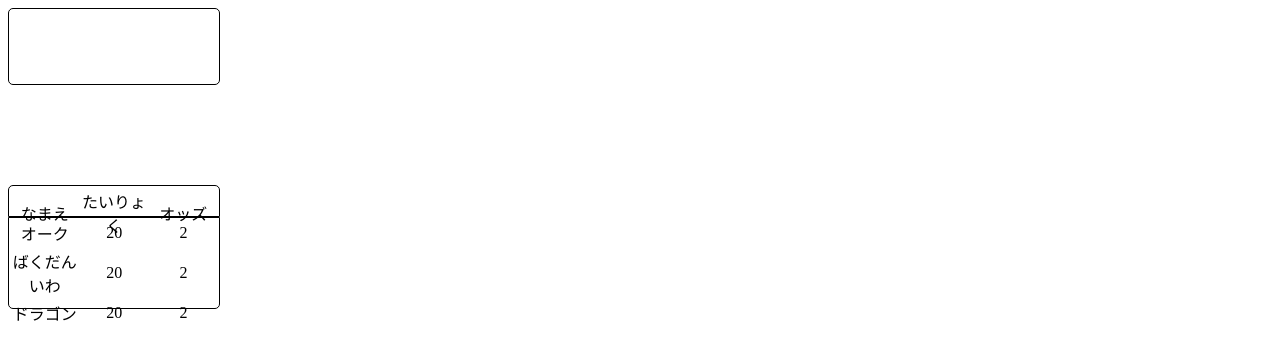
Repository: kousuke-2047/test
Page: http://localhost/Oldmove/SelectmonsterAction.action
An editor plug-in stored every save of this project. The page is shown before and after the next save, followed by the edit.
The browser window is 1280 px wide. The pictures show the whole page.
The page is served by Tomcat 9. Other server files are loaded and not shown. The database holds what the project's SQL file puts in it.

Above is the page before, as saved 2018-06-22 08:19:09.

### Oldmove/WebContent/selectmonster.jsp
<%@ page language="java" contentType="text/html; charset=UTF-8"
    pageEncoding="UTF-8"%>
<%@ taglib prefix="s" uri="/struts-tags"%>
<!DOCTYPE html>
<html>
<head>
<meta http-equiv="Content-Type" content="text/html; charset=UTF-8">
<link rel="stylesheet" href="./css/selectstyle.css">
<script src="https://ajax.googleapis.com/ajax/libs/jquery/3.3.1/jquery.min.js"></script>

<title>選択画面</title>
</head>
<body>

	<script type="text/javascript" src="./js/script.js">
	</script>

	<div class="datebox"></div>

	<div class="enemybox"></div>

	<div class="messagebox"></div>

	<div class="texttopbox">

	<table>
		<tr>
			<td>なまえ</td>
			<td>たいりょく</td>
			<td>オッズ</td>
		</tr>
	</table>

	</div>
	<div class="textbottombox">

	<table>
		<s:iterator value="selectmonsterList">
			<tr>
				<td><s:property value="name"/></td>
				<td><s:property value="hp"/></td>
				<td><s:property value="odds"/></td>
			</tr>
		</s:iterator>
	</table>

	</div>


</body>
</html>

### Oldmove/src/com/oldmove/dao/SelectmonsterDAO.java
package com.oldmove.dao;

import java.sql.Connection;
import java.sql.PreparedStatement;
import java.sql.ResultSet;
import java.sql.SQLException;
import java.util.ArrayList;

import com.oldmove.dto.SelectmonsterDTO;
import com.oldmove.util.DBConnector;

public class SelectmonsterDAO {

	private DBConnector dbc = new DBConnector();
	private Connection con = dbc.getConnection();
	private ArrayList<SelectmonsterDTO> selectmonsterList = new ArrayList<SelectmonsterDTO>();


	public ArrayList<SelectmonsterDTO> getselectInfo(int menber){

		String sql = "select * from battlemonster where menber =?";

		try{
			PreparedStatement ps = con.prepareStatement(sql);
			ps.setInt(1, menber);
			ResultSet rs = ps.executeQuery();
			while(rs.next()){
				SelectmonsterDTO dto = new SelectmonsterDTO();
				dto.setId(rs.getInt("id"));
				dto.setName(rs.getString("name"));
				dto.setHp(rs.getInt("hp"));
				dto.setMp(rs.getInt("mp"));
				dto.setOdds(rs.getInt("odds"));
				dto.setFilepath(rs.getString("filepath"));
				dto.setFilename(rs.getString("filename"));
				dto.setMenber(rs.getInt("menber"));
				selectmonsterList.add(dto);
			}
		}catch(SQLException e){
			e.printStackTrace();
		}
		return selectmonsterList;
	}

	public void Resethp(){
		String sql="update battlemonster set hp = maxhp,mp=maxmp";
		try{
			PreparedStatement ps = con.prepareStatement(sql);
			ps.execute();

		}catch(SQLException e){
			e.printStackTrace();
		}
	}
}

### Oldmove/src/com/oldmove/util/DBConnector.java
package com.oldmove.util;

import java.sql.Connection;
import java.sql.DriverManager;
import java.sql.SQLException;

public class DBConnector {

	private static String driverName = "com.mysql.jdbc.Driver";
	private static String url = "jdbc:mysql://localhost/oldmove";
	private static String user = "root";
	private static String password = "mysql";

	public Connection getConnection(){
		Connection con = null;

		try{
			Class.forName(driverName);
			con =(Connection) DriverManager.getConnection(url,user,password);
		}catch(ClassNotFoundException e){
			e.printStackTrace();
		}catch(SQLException e){
			e.printStackTrace();
		}
		return con;
	}

}

### Oldmove/src/com/oldmove/util/RandomInt.java
package com.oldmove.util;

public class RandomInt {

	public int getSelectmenber(int menbers){

		int i = (int)(Math.random()*menbers+1);

		return i;
	}

}

### Oldmove/src/com/oldmove/dto/SelectmonsterDTO.java
package com.oldmove.dto;

public class SelectmonsterDTO {

	private int id;
	private String name;
	private int menber;
	private int power;
	private int guard;
	private int hp;
	private int maxhp;
	private int mp;
	private int maxmp;
	private int actiontype;
	private int odds;
	private String filepath;
	private String filename;

	public int getId(){
		return id;
	}
	public void setId(int id){
		this.id = id;
	}
	public String getName(){
		return name;
	}
	public void setName(String name){
		this.name = name;
	}
	public int getMenber(){
		return menber;
	}
	public void setMenber(int menber){
		this.menber = menber;
	}
	public int getPower(){
		return power;
	}
	public void setPower(int power){
		this.power = power;
	}
	public int getGuard(){
		return guard;
	}
	public void setGuard(int guard){
		this.guard = guard;
	}
	public int getHp(){
		return hp;
	}
	public void setHp(int hp){
		this.hp = hp;
	}
	public int getMaxhp(){
		return maxhp;
	}
	public void setMaxhp(int maxhp){
		this.maxhp = maxhp;
	}
	public int getMp(){
		return mp;
	}
	public void setMp(int mp){
		this.mp = mp;
	}
	public int getMaxmp(){
		return maxmp;
	}
	public void setMaxmp(int maxmp){
		this.maxmp = maxmp;
	}
	public int getActiontype(){
		return actiontype;
	}
	public void setActiontype(int actiontype){
		this.actiontype = actiontype;
	}
	public int getOdds(){
		return odds;
	}
	public void setOdds(int odds){
		this.odds = odds;
	}
	public String getFilepath(){
		return filepath;
	}
	public void setFilepath(String filepath){
		this.filepath = filepath;
	}
	public String getFilename(){
		return filename;
	}
	public void setFilename(String filename){
		this.filename = filename;
	}

}

### Oldmove/WebContent/css/selectstyle.css
@CHARSET "UTF-8";
.datebox{
	width:210px;
	height:75px;
	border:1px solid black;
	border-radius:5px;
}
.enemybox{
	height:90px;
	width:100%;
	padding-top:10px;
}
.messagebox{
	height:70px;
	width:180px;
	margin-left:15px;
	border-radius:5px;
	border:1px solid white;
	color:white;
	text-align:center;
}
.texttopbox{
	height:30px;
	width:210px;
	border:1px solid black;
	border-top-left-radius:5px;
	border-top-right-radius:5px;
}
.textbottombox{
	height:90px;
	width:210px;
	border:1px solid black;
	border-bottom-left-radius:5px;
	border-bottom-right-radius:5px;
}
td{
	width:70px;
	text-align:center;
}

### Oldmove/WebContent/js/script.js
$(document).ready(function(){
	$(".messagebox").hide();
});





$(function(){
	setTimeout(function(){
		$(".ffirst").css("background-color","black");
		$(".ifirst").css("background-color","black");
		$(".gfirst").css("background-color","black");
		$(".hfirst").css("background-color","black");
		$(".tfirst").css("background-color","black");
		$(".fsecond").css("background-color","black");
		$(".isecond").css("background-color","black");
		$(".gsecond").css("background-color","black");
		$(".hsecond").css("background-color","black");
		$(".tsecond").css("background-color","black");
		$(".fthird").css("background-color","black");
		$(".ithird").css("background-color","black");
		$(".gthird").css("background-color","black");
		$(".hthird").css("background-color","black");
		$(".tthird").css("background-color","black");
		$(".ffourth").css("background-color","black");
		$(".ifourth").css("background-color","black");
		$(".gfourth").css("background-color","black");
		$(".hfourth").css("background-color","black");
		$(".tfourth").css("background-color","black");
		$(".ffifth").css("background-color","black");
		$(".ififth").css("background-color","black");
		$(".gfifth").css("background-color","black");
		$(".hfifth").css("background-color","black");
		$(".tfifth").css("background-color","black");
	},1500);
});


$(function(){
	setTimeout(function(){
		$(".firstline").animate({'marginLeft':'100px'
			});
	},1700);
});

$(function(){
	setTimeout(function(){
		$(".secondline").animate({'marginLeft':'100px'
			});
	},1900);
});

$(function(){
	setTimeout(function(){
		$(".thirdline").animate({'marginLeft':'100px'
			});
	},2100);
});

$(function(){
	setTimeout(function(){
		$(".fourthline").animate({'marginLeft':'100px'
			});
	},2300);
});

$(function(){
	setTimeout(function(){
		$(".fifthline").animate({'marginLeft':'100px'
			});
	},2500);
});

$(function(){
	$(".button").hover(
			function(){
				$(this).css("background-color","lightgray");
				$(this).css("color","red");
			},
			function(){
				$(this).css("background-color","white");
				$(this).css("color","black");
			});
});
$(function(){
	$(".button").click(function(){
		$(".messagebox").css("border-color","black");
		$(".messagebox").css("color","black");
		$(".selectbutton").css("border-color","black");
		$(".messagebox").fadeIn(0);
	});
});

$(function(){
	$(".selectbutton").hover(
			function(){
				$(this).css("background-color","lightgray");
				$(this).css("color","red");
			},
			function(){
				$(this).css("background-color","white");
				$(this).css("color","black");
			});
});

$(function(){
	$(".selectbutton").click(function(){
		$(".messagebox").hide();
	});
});

### Oldmove/sql/oldmove.sql (the tables this page reads)
create table battlemonster(
	id int not null primary key auto_increment,
	name varchar(16),
	menber int,
	power int,
	guard int,
	hp int,
	maxhp int,
	mp int,
	maxmp int,
	actiontype int,
	odds int,
	filepath varchar(100),
	filename varchar(100));

insert into battlemonster(name,menber,power,guard,hp,maxhp,mp,maxmp,actiontype,odds,filepath,filename)values("スライム",1,10,5,20,20,0,0,1,5,"./images","suraimu.jpg");

insert into battlemonster(name,menber,power,guard,hp,maxhp,mp,maxmp,actiontype,odds,filepath,filename)values("ドラキー",1,12,5,22,22,0,0,1,3,"./images","doraki.jpg");

insert into battlemonster(name,menber,power,guard,hp,maxhp,mp,maxmp,actiontype,odds,filepath,filename)values("ももんじゃ",1,15,7,25,25,0,0,1,2,"./images","momonja.jpg");

insert into battlemonster(name,menber,power,guard,hp,maxhp,mp,maxmp,actiontype,odds,filepath,filename)values("オーク",2,10,5,20,20,0,0,1,2,"./images","suraimu.jpg");

insert into battlemonster(name,menber,power,guard,hp,maxhp,mp,maxmp,actiontype,odds,filepath,filename)values("ばくだんいわ",2,10,5,20,20,0,0,1,2,"./images","suraimu.jpg");

insert into battlemonster(name,menber,power,guard,hp,maxhp,mp,maxmp,actiontype,odds,filepath,filename)values("ドラゴン",2,10,5,20,20,0,0,1,2,"./images","suraimu.jpg");

After the next save:
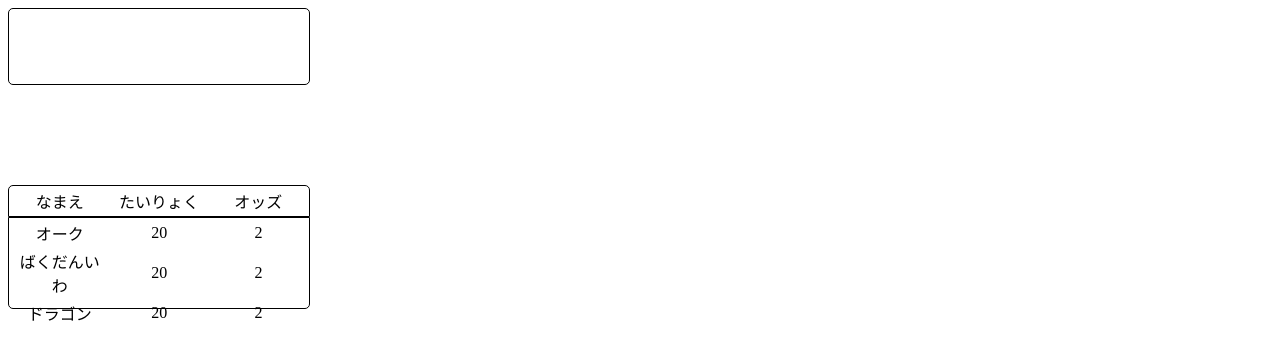
Saved 4 min 0 s later.
--- a/Oldmove/WebContent/css/selectstyle.css
+++ b/Oldmove/WebContent/css/selectstyle.css
@@ -1,6 +1,6 @@
 @CHARSET "UTF-8";
 .datebox{
-	width:210px;
+	width:300px;
 	height:75px;
 	border:1px solid black;
 	border-radius:5px;
@@ -21,19 +21,19 @@
 }
 .texttopbox{
 	height:30px;
-	width:210px;
+	width:300px;
 	border:1px solid black;
 	border-top-left-radius:5px;
 	border-top-right-radius:5px;
 }
 .textbottombox{
 	height:90px;
-	width:210px;
+	width:300px;
 	border:1px solid black;
 	border-bottom-left-radius:5px;
 	border-bottom-right-radius:5px;
 }
 td{
-	width:70px;
+	width:100px;
 	text-align:center;
 }
